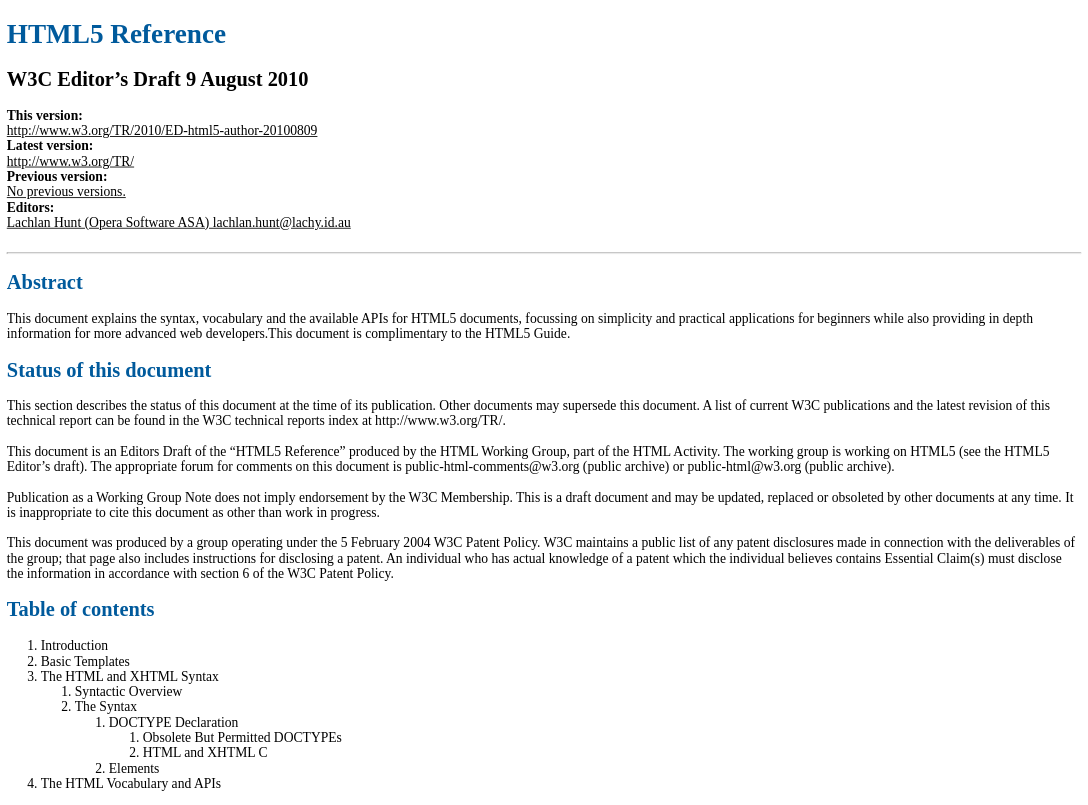
Repository: sungken/htmlProject
Page: ClientTest/src/main/webapp/html/test/list.html
The author's editor kept a copy of each file at every save. The page is drawn from the files as they stood at one save, then again after the next save.
The browser window is 1280 px wide. The pictures show the whole page, at 85% of full size.

Above is the page before, as saved 2024-03-13 02:38:35.

### ClientTest/src/main/webapp/html/test/list.html
<!DOCTYPE html>
<html>
<head>
<meta charset="UTF-8">
<title>Insert title here</title>
</head>
<body>
<h1><font color="#005A9C">HTML5 Reference</font></h1>
<h2>W3C Editor’s Draft 9 August 2010</h2>
<b>This version:</b><br>
<u>http://www.w3.org/TR/2010/ED-html5-author-20100809</u><br>
<b>Latest version:</b><br>
<u>http://www.w3.org/TR/</u><br>
<b>Previous version:</b><br>
<u>No previous versions.</u><br>
<b>Editors:</b><br>
<u>Lachlan Hunt (Opera Software ASA) lachlan.hunt@lachy.id.au</u><br><br>
<hr>

<h2><font color="#005A9C">Abstract</font></h2>
<p>This document explains the syntax, vocabulary and the available APIs for HTML5 documents, focussing on simplicity and practical applications for beginners while also providing in depth information for more advanced web developers.This document is complimentary to the HTML5 Guide.</p>
<h2><font color="#005A9C">Status of this document</font></h2>
<p>This section describes the status of this document at the time of its publication. Other documents may supersede this document. A list of current W3C publications and the latest revision of this technical report can be found in the W3C technical reports index at http://www.w3.org/TR/.
<br><br>
This document is an Editors Draft of the “HTML5 Reference” produced by the HTML Working Group, part of the HTML Activity. The working group is working on HTML5 (see the HTML5 Editor’s draft). The appropriate forum for comments on this document is public-html-comments@w3.org (public archive) or public-html@w3.org (public archive).
<br><br>
Publication as a Working Group Note does not imply endorsement by the W3C Membership. This is a draft document and may be updated, replaced or obsoleted by other documents at any time. It is inappropriate to cite this document as other than work in progress.
<br><br>
This document was produced by a group operating under the 5 February 2004 W3C Patent Policy. W3C maintains a public list of any patent disclosures made in connection with the deliverables of the group; that page also includes instructions for disclosing a patent. An individual who has actual knowledge of a patent which the individual believes contains Essential Claim(s) must disclose the information in accordance with section 6 of the W3C Patent Policy.</p>

<h2><font color="#005A9C">Table of contents</font></h2>

<ol type="1">
	<li>Introduction</li>
	<li>Basic Templates</li>
	<li>The HTML and XHTML Syntax</li>
		<ol type="1">
			<li>Syntactic Overview</li>
			<li>The Syntax</li>
				<ol type="1">
					<li>DOCTYPE Declaration</li>
						<ol type="1">
							<li>Obsolete But Permitted DOCTYPEs</li>
							<li>HTML and XHTML C</li>
						</ol>
					<li>Elements</li>
				</ol>
		</ol>
	<li>The HTML Vocabulary and APIs</li>
</ol>








</body>
</html>

After the next save:
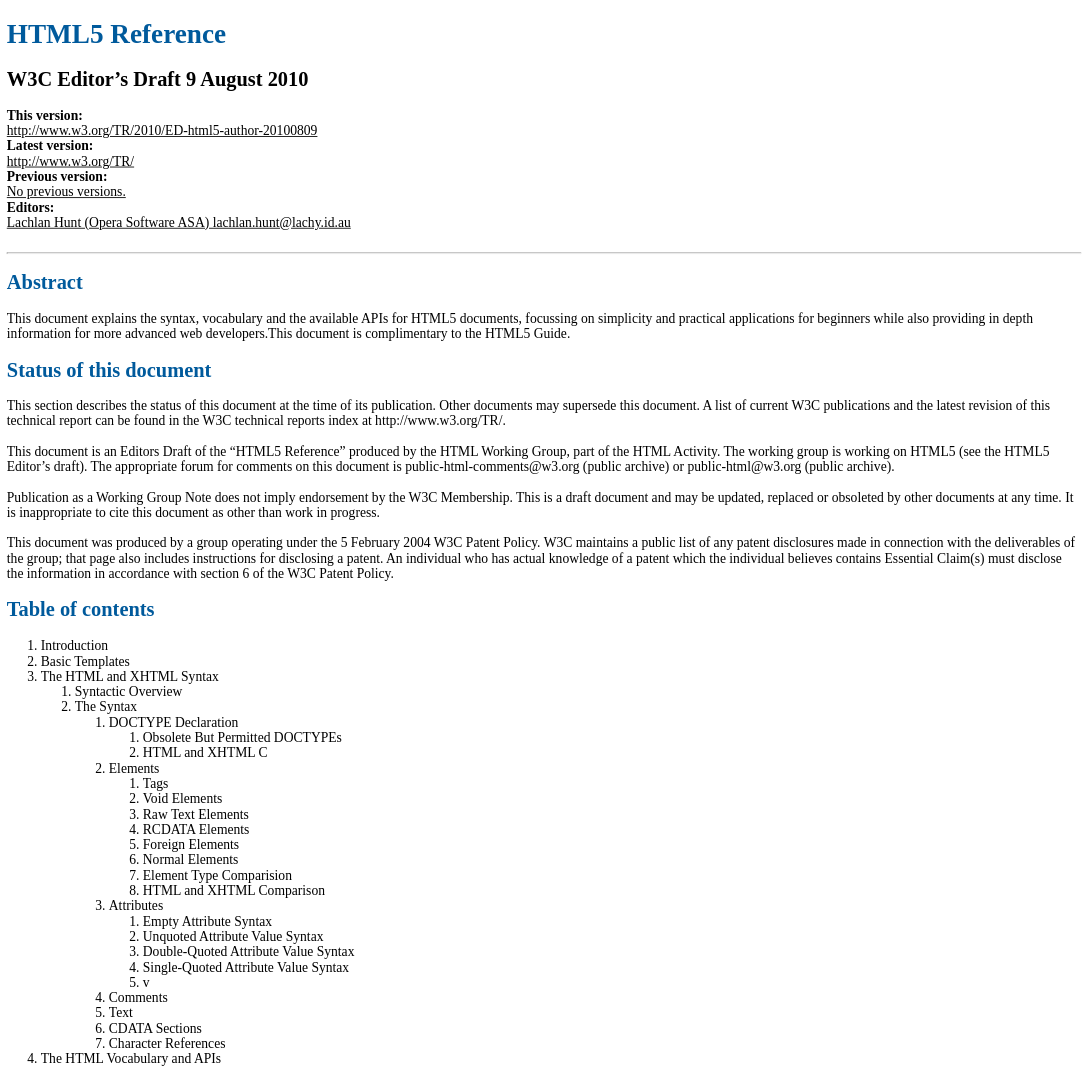
Saved 2 min 17 s later.
--- a/ClientTest/src/main/webapp/html/test/list.html
+++ b/ClientTest/src/main/webapp/html/test/list.html
@@ -44,6 +44,28 @@
 							<li>HTML and XHTML C</li>
 						</ol>
 					<li>Elements</li>
+						<ol type="1">
+								<li>Tags</li>
+								<li>Void Elements</li>
+								<li>Raw Text Elements</li>
+								<li>RCDATA Elements</li>
+								<li>Foreign Elements</li>
+								<li>Normal Elements</li>
+								<li>Element Type Comparision</li>
+								<li>HTML and XHTML Comparison</li>
+							</ol>
+					<li>Attributes</li>
+						<ol type="1">
+							<li>Empty Attribute Syntax</li>
+							<li>Unquoted Attribute Value Syntax</li>
+							<li>Double-Quoted Attribute Value Syntax</li>
+							<li>Single-Quoted Attribute Value Syntax</li>
+							<li>v</li>
+						</ol>
+					<li>Comments</li>
+					<li>Text</li>
+					<li>CDATA Sections</li>
+					<li>Character References</li>
 				</ol>
 		</ol>
 	<li>The HTML Vocabulary and APIs</li>
